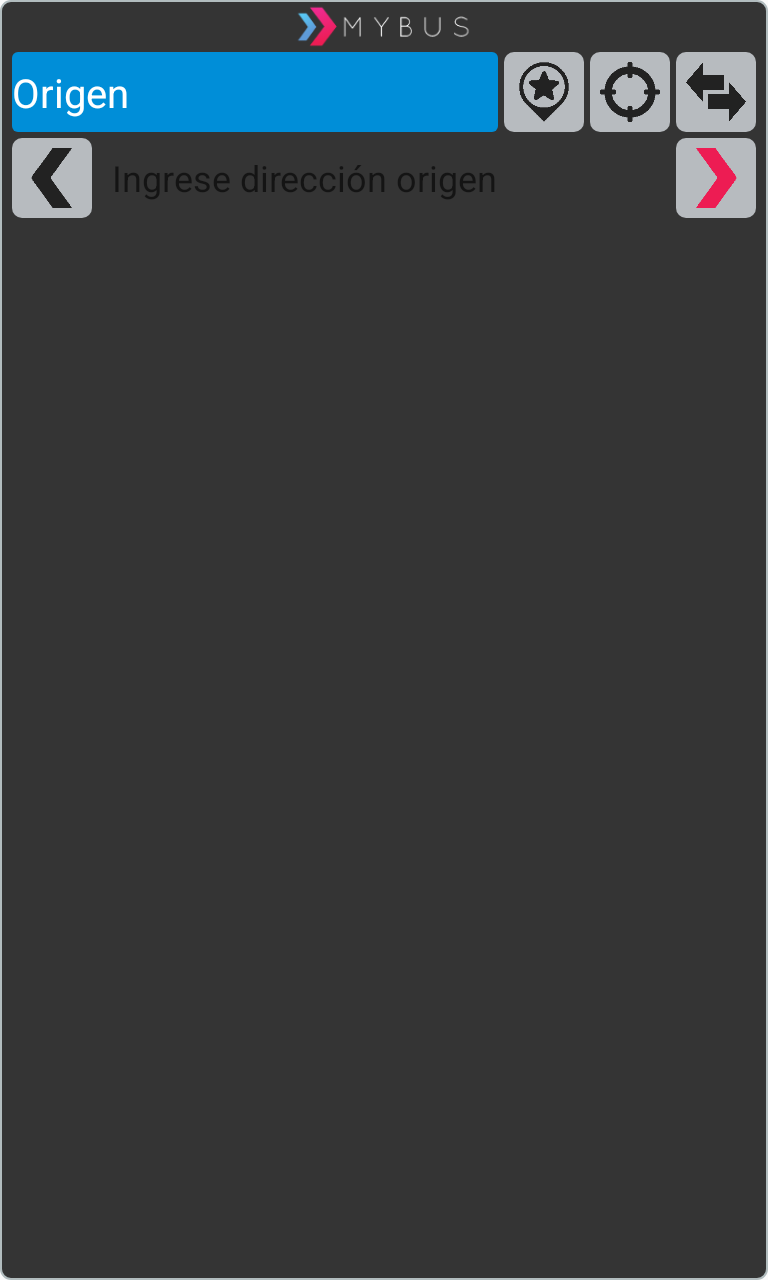
Repository: cooliopas/MyBus
Layout: MyBusAndroid/res/layout/fragment_filters.xml
These files come from the project's save history. The layout is drawn as it stood at one moment and after the next save; the edit follows.
It is drawn on a 768 x 1280 px phone screen (xhdpi) without system bars, with theme AppTheme; the app's code is not run. The app's manifest (not shown) leaves right-to-left support off. So textAlignment, textDirection and layoutDirection are ignored, and left and right values win over start and end ones.

Above is the layout before, as saved 2014-09-01 00:13:55.

After the next save:
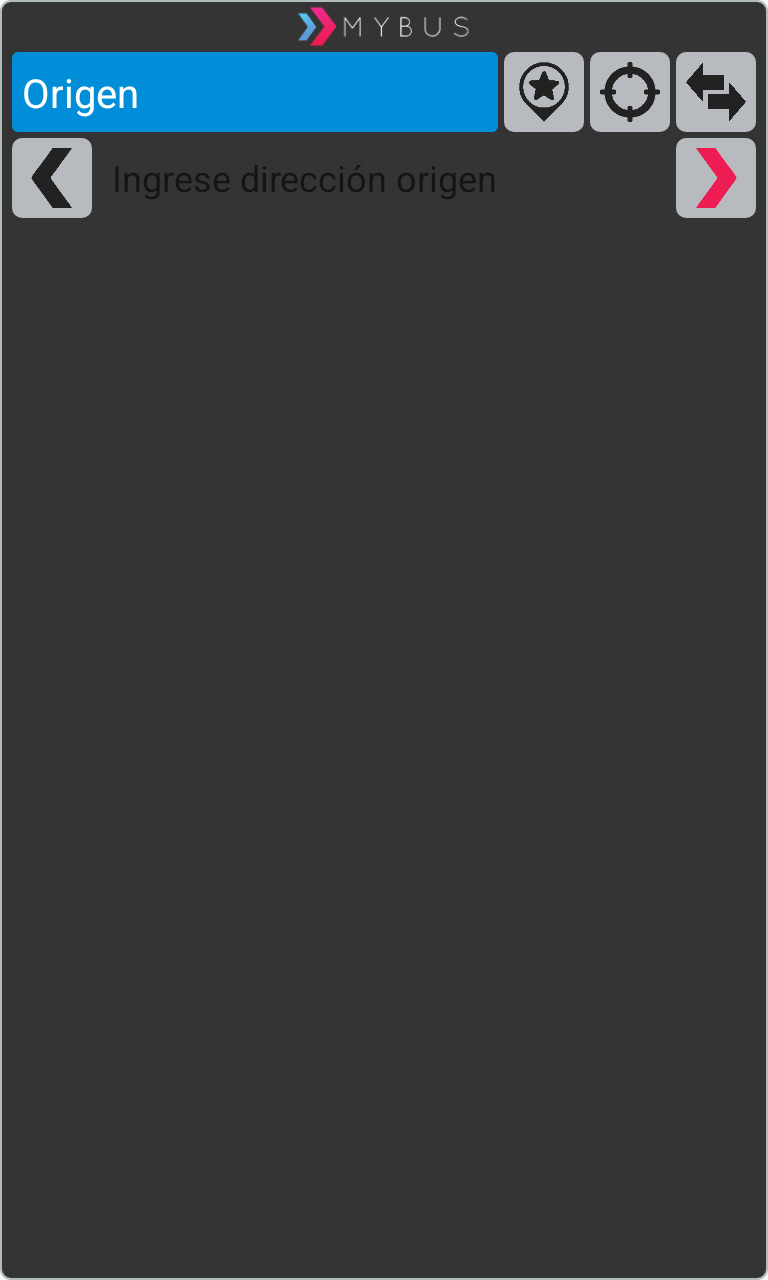
Saved 75 min 47 s later.
--- a/MyBusAndroid/res/layout/fragment_filters.xml
+++ b/MyBusAndroid/res/layout/fragment_filters.xml
@@ -39,7 +39,10 @@
             android:layout_marginLeft="3dp"
             android:layout_weight="1"
             android:background="@layout/statusmode_origin"
-            android:gravity="center|left" >
+            android:gravity="center|left"
+             android:paddingLeft="5dp"
+            android:paddingRight="0dp"
+            android:paddingStart="5dp" >
 
             <TextView
                 android:id="@+id/tv_orig_dest"
